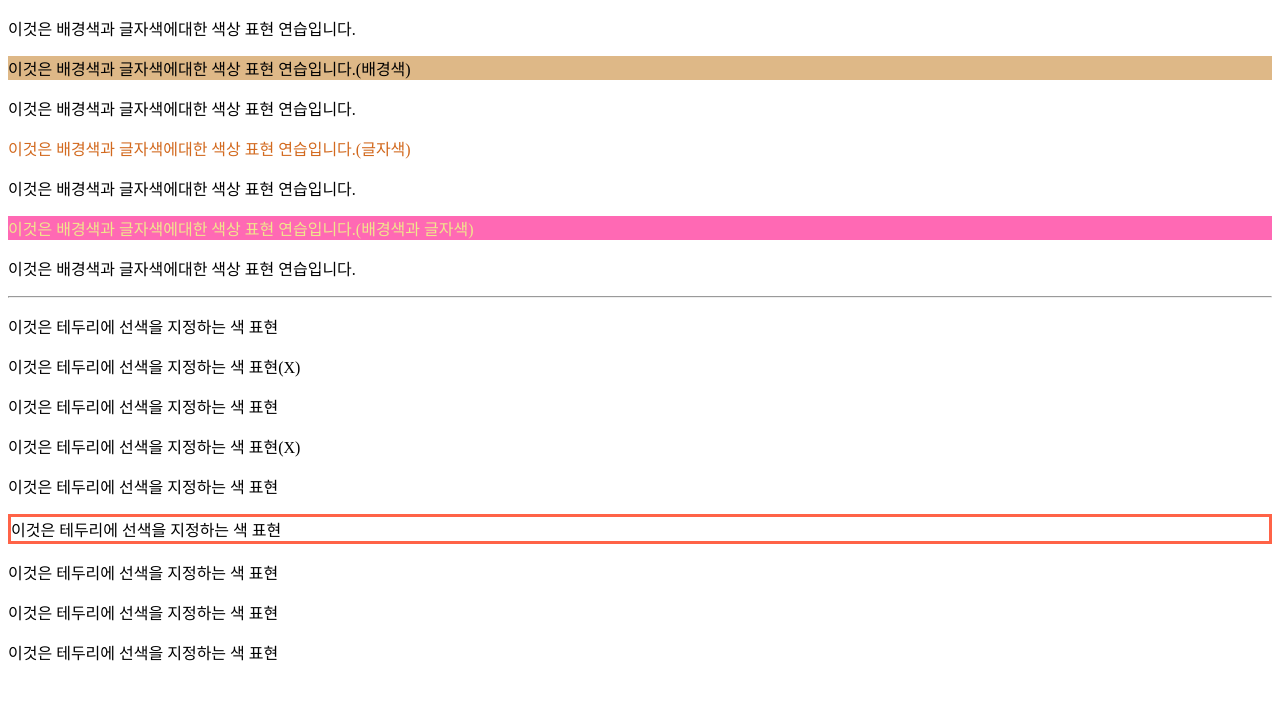
Repository: claddds/2023_webstudy
Page: 01_html/src/main/webapp/day01/ex06_colors.html
These files come from the project's save history. The page is drawn as it stood at one moment and after the next save; the edit follows.
The browser window is 1280 px wide. The pictures show the whole page.

Above is the page before, as saved 2023-06-19 08:43:20.

After the next save:
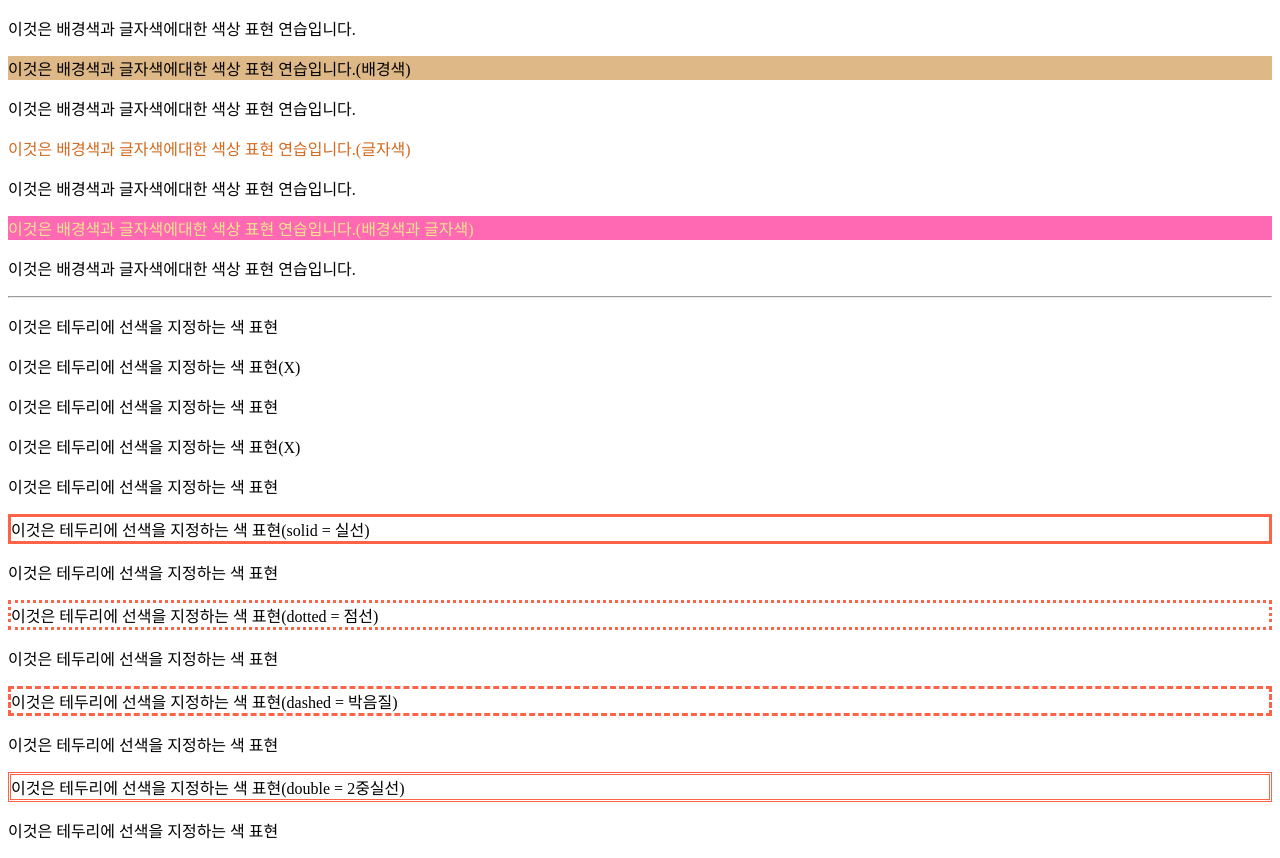
Saved 2 min 6 s later.
--- a/01_html/src/main/webapp/day01/ex06_colors.html
+++ b/01_html/src/main/webapp/day01/ex06_colors.html
@@ -26,9 +26,13 @@
 	<p>이것은 테두리에 선색을 지정하는 색 표현</p>
 	<p style="border: 2px tomato;">이것은 테두리에 선색을 지정하는 색 표현(X)</p>
 	<p>이것은 테두리에 선색을 지정하는 색 표현</p>
-	<p style="border: solid tomato;">이것은 테두리에 선색을 지정하는 색 표현</p>
+	<p style="border: solid tomato;">이것은 테두리에 선색을 지정하는 색 표현(solid = 실선)</p>
 	<p>이것은 테두리에 선색을 지정하는 색 표현</p>
+	<p style="border: dotted tomato;">이것은 테두리에 선색을 지정하는 색 표현(dotted = 점선)</p>
 	<p>이것은 테두리에 선색을 지정하는 색 표현</p>
+	<p style="border: dashed tomato;">이것은 테두리에 선색을 지정하는 색 표현(dashed = 박음질)</p>
+	<p>이것은 테두리에 선색을 지정하는 색 표현</p>
+	<p style="border: double tomato;">이것은 테두리에 선색을 지정하는 색 표현(double = 2중실선)</p>
 	<p>이것은 테두리에 선색을 지정하는 색 표현</p>
 </body>
 </html>
